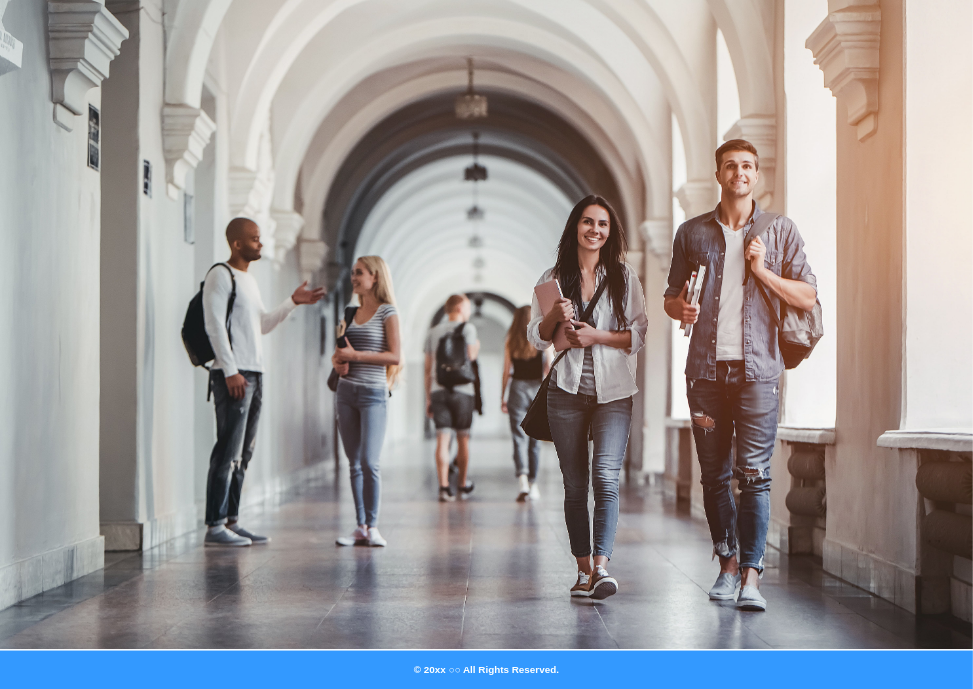
Repository: takunn42/samurai_HTML-CSS
Page: home.html
The author's editor kept a record of every edit. The page is drawn from the files as they stood at one moment, then again after the next edit.
The browser window is 1280 px wide. The pictures show the whole page, at 76% of full size.
Pictures or frames that could not be fetched are drawn as grey boxes.

Above is the page before.

After the next edit:
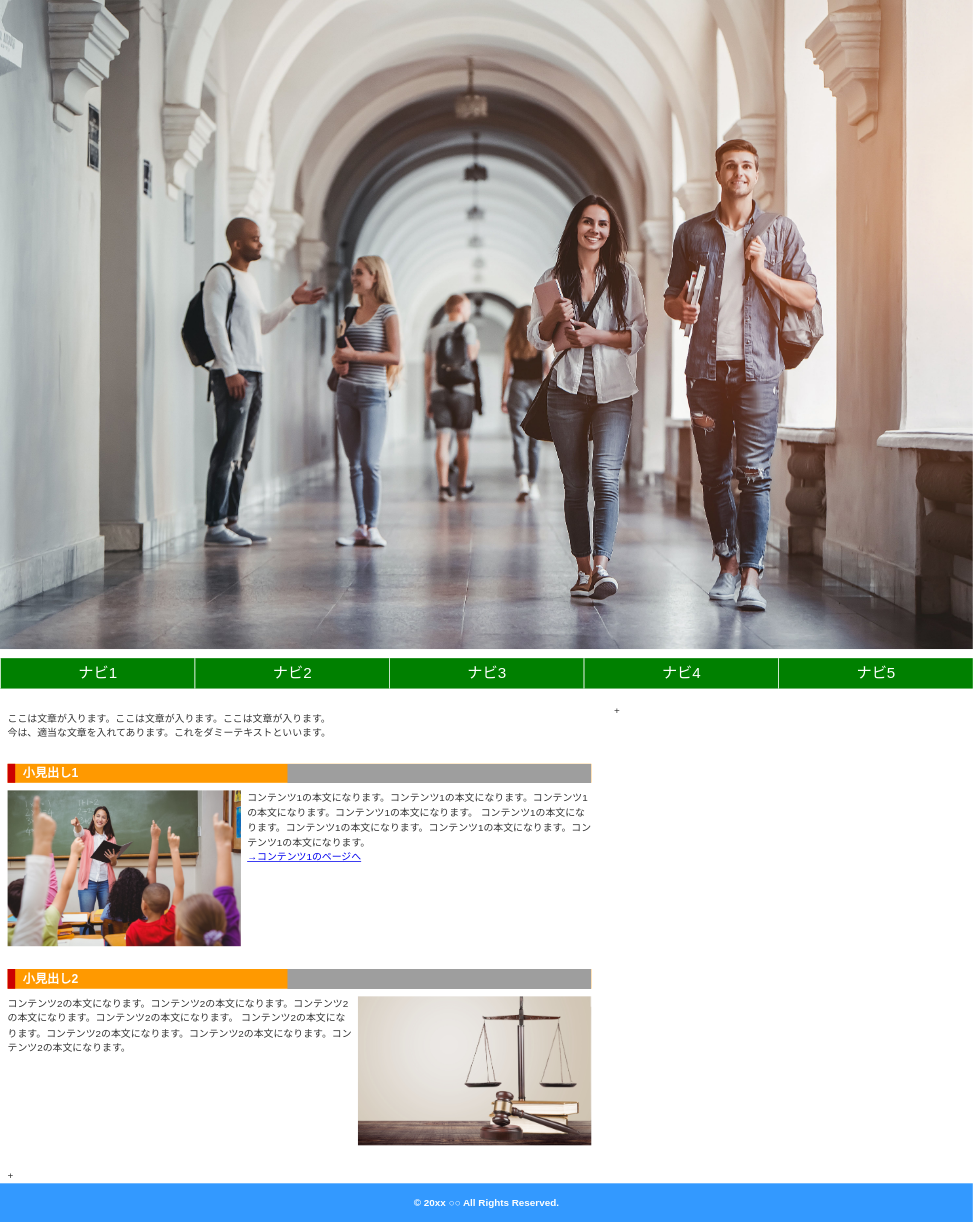
The edit:
--- a/home.html
+++ b/home.html
@@ -17,6 +17,39 @@
         </div>
         <div id="wrapper">
             <!--idは要素に対して固有の識別名を付けることができる属性です-->
+                        <div id="nav">
+                <ul>
+                    <li><a href="home.html">ナビ1</a></li>
+                    <li><a href="#">ナビ2</a></li>
+                    <li><a href="#">ナビ3</a></li>
+                    <li><a href="#">ナビ4</a></li>
+                    <li><a href="#">ナビ5</a></li>
+                </ul>
+            </div>
+            <div id="container">
+                <div id="main">
+                    <div class="post">
+                        <p>ここは文章が入ります。ここは文章が入ります。ここは文章が入ります。<br />今は、適当な文章を入れてあります。これをダミーテキストといいます。</p>
+                    </div>
+                    <div class="post clearfix">
+                        <h2>小見出し1</h2>
+                        <img class="left" src="images/classroom.jpg" alt="授業風景" />
+                        <p>
+                            コンテンツ1の本文になります。コンテンツ1の本文になります。コンテンツ1の本文になります。コンテンツ1の本文になります。
+                            コンテンツ1の本文になります。コンテンツ1の本文になります。コンテンツ1の本文になります。コンテンツ1の本文になります。
+                        </p>
+                        <p><a href="#">→コンテンツ1のページへ</a></p>
+                    </div>
+                    <div class="post clearfix">
+                        <h2>小見出し2</h2>
+                        <img class="right" src="images/scale.jpg" alt="天秤" />
+                        <p>
+                            コンテンツ2の本文になります。コンテンツ2の本文になります。コンテンツ2の本文になります。コンテンツ2の本文になります。
+                            コンテンツ2の本文になります。コンテンツ2の本文になります。コンテンツ2の本文になります。コンテンツ2の本文になります。
+                        </p>
+                    </div>
++                </div>
++            </div>
         </div>
           <div id="footer">
             <p>&copy; 20xx ○○ All Rights Reserved.</p>
